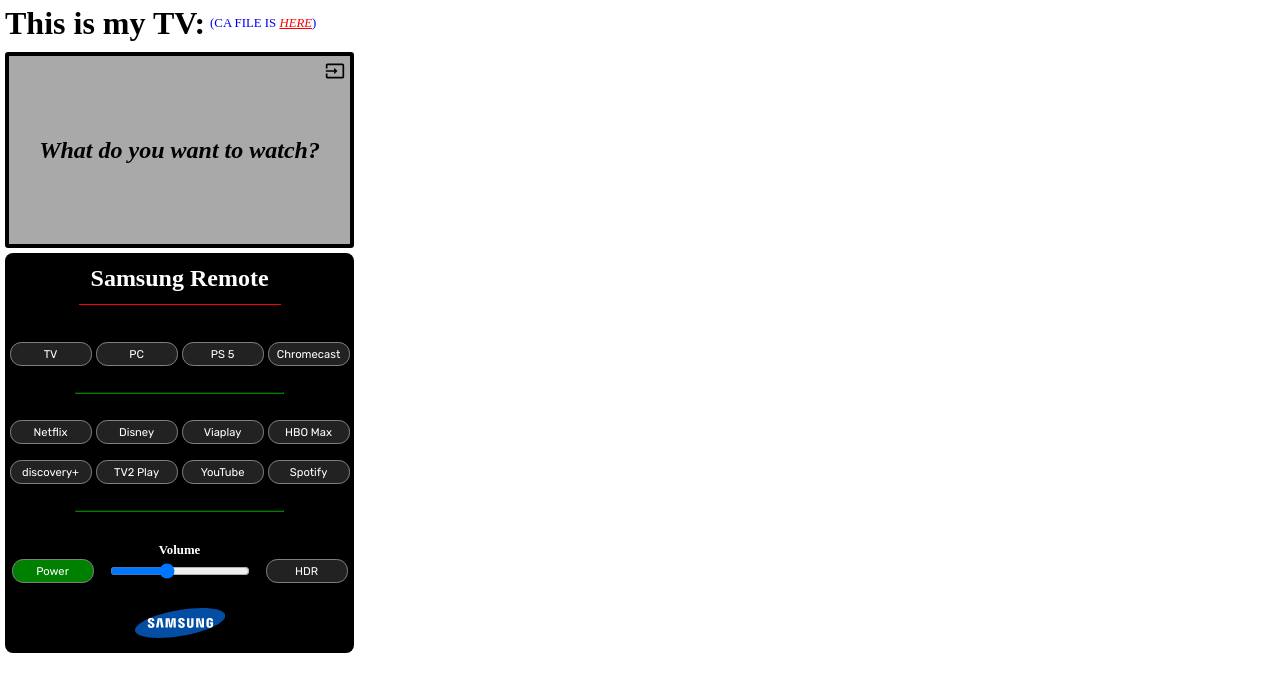
Repository: NoroffFEU/programming-foundations-ca-runeunhjem
Page: index.html
These files come from the project's save history. The page is drawn as it stood at one moment and after the next save; the edit follows.
The browser window is 1280 px wide. The pictures show the whole page.
The style sheet was rebuilt from its Sass, Less or Tailwind sources for each picture, by a compiler version that may differ from the author's.

Above is the page before, as saved 2023-01-17 08:13:05.

After the next save:
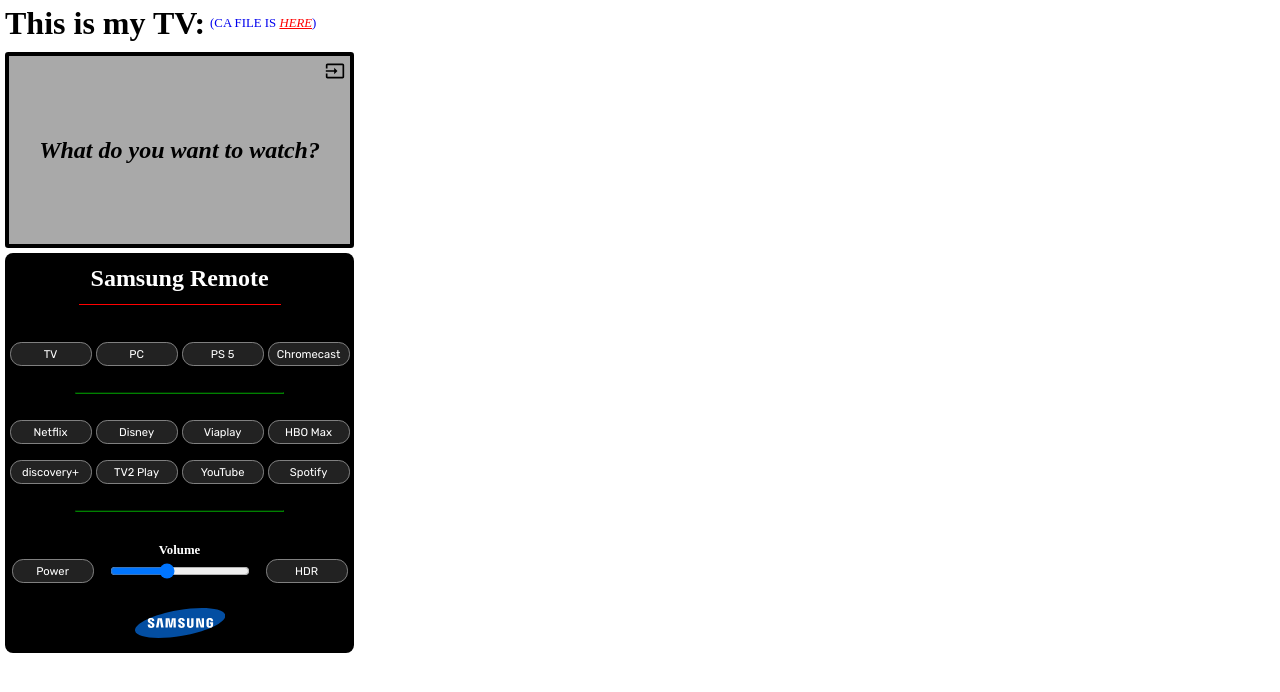
Console error: SyntaxError: missing ) after argument list
Saved 27 s later.
--- a/js/optional.js
+++ b/js/optional.js
@@ -71,6 +71,7 @@
     }, 5000);
   } else {
     console.log("Volume level is out of range and invalid");
+    setTimeout(function () {
     document.getElementById("show-console-log").innerHTML = "Volume level is out of range and invalid";
   }
 }

After the save that followed:
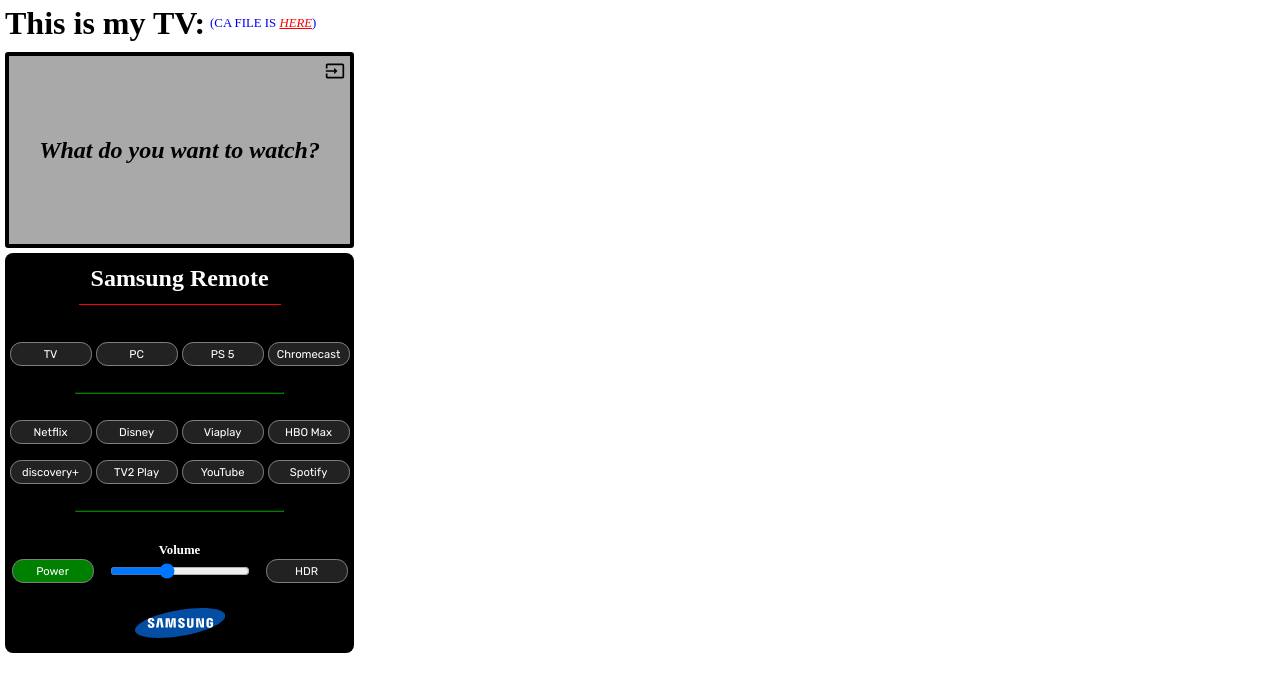
The error is gone.
Saved 25 s later.
--- a/js/optional.js
+++ b/js/optional.js
@@ -73,7 +73,7 @@
     console.log("Volume level is out of range and invalid");
     setTimeout(function () {
     document.getElementById("show-console-log").innerHTML = "Volume level is out of range and invalid";
-  }
+  }, 5000);}
 }
 
 // SET PROPERTIES FOR EACH SOURCE BUTTON
